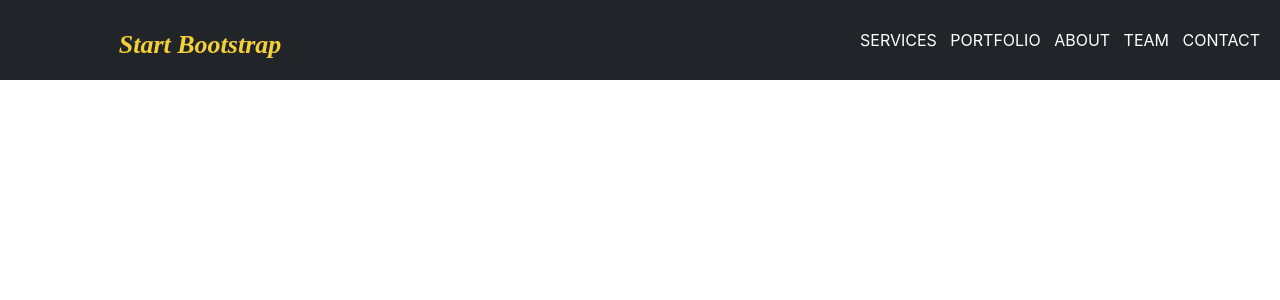
Repository: ooter37/media-queries-afternoon
Page: / (app in portfolio-clone/)
The author's editor kept a copy of each file at every save. The page is drawn from the files as they stood at one save, then again after the next save.
The browser window is 1280 px wide. The pictures show the whole page.
The project was rebuilt for these pictures with package versions that can differ from the ones it lists, and the page was loaded fresh each time.

Above is the page before, as saved 2020-04-13 15:37:18.

After the next save:
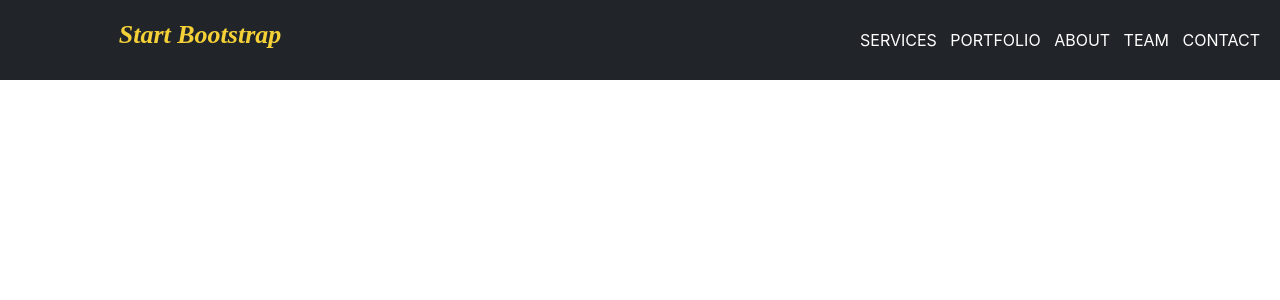
Saved 6 s later.
--- a/portfolio-clone/src/App.css
+++ b/portfolio-clone/src/App.css
@@ -31,7 +31,7 @@ body {
   display: flex;
   justify-content: center;
   position: fixed;
-  top: 30px;
+  top: 20px;
   left: 0px;
   color: #F5D137;
   font-family: 'Kaushan Script', cursive;
